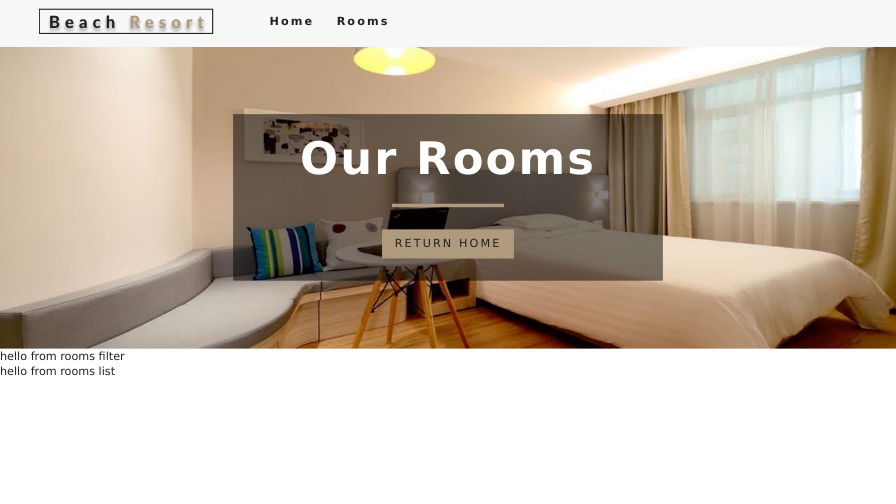
Repository: thanhn379/react-beach-resort
Page: /rooms
An editor plug-in stored every save of this project. The page is shown before and after the next save, followed by the edit.
The browser window is 1280 px wide. The pictures show the part of the page from y = 0 to 1920 px (the page is 720 px tall before and 10539 px after), at 70% of full size.
The project was rebuilt for these pictures with package versions that can differ from the ones it lists, and the page was loaded fresh each time. Also part of the build but not shown: src/components/Title.js, src/components/Services.js, src/components/FeaturedRooms.js, src/pages/Home.js, src/components/StyledHero.js, src/pages/SingleRoom.js, src/pages/Error.js.

Above is the page before, as saved 2019-11-18 11:31:24.

### public/index.html
<!DOCTYPE html>
<html lang="en">
  <head>
    <meta charset="utf-8" />
    <link rel="icon" href="%PUBLIC_URL%/favicon.ico" />
    <meta name="viewport" content="width=device-width, initial-scale=1" />
    <meta name="theme-color" content="#000000" />
    <meta
      name="description"
      content="Web site created using create-react-app"
    />
    <link rel="apple-touch-icon" href="logo192.png" />
    <!--
      manifest.json provides metadata used when your web app is installed on a
      user's mobile device or desktop. See https://developers.google.com/web/fundamentals/web-app-manifest/
    -->
    <link rel="manifest" href="%PUBLIC_URL%/manifest.json" />
    <!--
      Notice the use of %PUBLIC_URL% in the tags above.
      It will be replaced with the URL of the `public` folder during the build.
      Only files inside the `public` folder can be referenced from the HTML.

      Unlike "/favicon.ico" or "favicon.ico", "%PUBLIC_URL%/favicon.ico" will
      work correctly both with client-side routing and a non-root public URL.
      Learn how to configure a non-root public URL by running `npm run build`.
    -->
    <title>Resort recording</title>
  </head>
  <body>
    <noscript>You need to enable JavaScript to run this app.</noscript>
    <div id="root"></div>
    <!--
      This HTML file is a template.
      If you open it directly in the browser, you will see an empty page.

      You can add webfonts, meta tags, or analytics to this file.
      The build step will place the bundled scripts into the <body> tag.

      To begin the development, run `npm start` or `yarn start`.
      To create a production bundle, use `npm run build` or `yarn build`.
    -->
  </body>
</html>

### src/index.js
import React from "react";
import ReactDOM from "react-dom";
import { BrowserRouter as Router } from "react-router-dom";
// import './index.css';
import App from "./App";
import * as serviceWorker from "./serviceWorker";
import { RoomProvider } from "./context";

ReactDOM.render(
  <RoomProvider>
    <Router>
      <App />
    </Router>
  </RoomProvider>,
  document.getElementById("root")
);

// If you want your app to work offline and load faster, you can change
// unregister() to register() below. Note this comes with some pitfalls.
// Learn more about service workers: https://bit.ly/CRA-PWA
serviceWorker.unregister();

### src/App.js
import React from "react";
import "./App.css";

import NavBar from "./components/NavBar";

import Home from "./pages/Home";
import Rooms from "./pages/Rooms";
import SingleRoom from "./pages/SingleRoom";
import Error from "./pages/Error";

import { Route, Switch } from "react-router-dom";

function App() {
  return (
    <>
      <NavBar />
      <Switch>
        <Route exact path="/" component={Home} />
        <Route exact path="/rooms/" component={Rooms} />
        <Route exact path="/rooms/:slug/" component={SingleRoom} />
        <Route component={Error} />
      </Switch>
    </>
  );
}

export default App;

### src/context.js
import React, { Component } from "react";
import items from "./data";

const RoomContext = React.createContext();

class RoomProvider extends Component {
  state = { rooms: [], sortedRooms: [], featuredRooms: [], loading: true };

  //getData

  componentDidMount() {
    // this.getData
    let rooms = this.formatData(items);
    let featuredRooms = rooms.filter(room => room.featured === true);

    this.setState({ rooms, featuredRooms, sortedRooms: rooms, loading: false });
  }

  formatData(items) {
    let tempItems = items.map(item => {
      let id = item.sys.id;
      let images = item.fields.images.map(image => image.fields.file.url);

      let room = { ...item.fields, images, id };

      return room;
    });

    return tempItems;
  }

  getRoom = slug => {
    let tempRooms = [...this.state.rooms];
    const room = tempRooms.find(room => room.slug === slug);
    return room;
  };

  render() {
    return (
      <RoomContext.Provider value={{ ...this.state, getRoom: this.getRoom }}>
        {this.props.children}
      </RoomContext.Provider>
    );
  }
}

const RoomConsumer = RoomContext.Consumer;

export function withRoomConsumer(Component) {
  return function consumerWrapper(props) {
    return (
      <RoomConsumer>
        {value => <Component {...props} context={value} />}
      </RoomConsumer>
    );
  };
}

export { RoomProvider, RoomConsumer, RoomContext };

### src/components/NavBar.js
import React, { Component } from "react";
import Logo from "../images/logo.svg";
import { FaAlignRight } from "react-icons/fa";
import { Link } from "react-router-dom";

export default class NavBar extends Component {
  state = {
    isOpen: false
  };
  handleToggle = () => {
    this.setState({ isOpen: !this.state.isOpen });
  };
  render() {
    return (
      <nav className="navbar">
        <div className="nav-center">
          <div className="nav-header">
            <Link to="/">
              <img src={Logo} alt="Beach Resort" />
            </Link>
            <button
              type="button"
              className="nav-btn"
              onClick={this.handleToggle}
            >
              <FaAlignRight className="nav-icon" />
            </button>
          </div>
          <ul
            className={this.state.isOpen ? "nav-links show-nav" : "nav-links"}
          >
            <li>
              <Link to="/">Home</Link>
            </li>
            <li>
              <Link to="/rooms">Rooms</Link>
            </li>
          </ul>
        </div>
      </nav>
    );
  }
}

### src/pages/Rooms.js
import React from "react";
import Hero from "../components/Hero";
import Banner from "../components/Banner";
import { Link } from "react-router-dom";
import RoomContainer from "../components/RoomContainer";

const Rooms = () => {
  return (
    <>
      <Hero hero="roomsHero">
        <Banner title="our rooms">
          <Link to="/" className="btn-primary">
            return home
          </Link>
        </Banner>
      </Hero>

      <RoomContainer />
    </>
  );
};

export default Rooms;

### src/components/RoomContainer.js
import React from "react";
import RoomFilter from "./RoomFilter";
import RoomList from "./RoomList";
import { withRoomConsumer } from "../context";
import Loading from "./Loading";

function RoomContainer({ context }) {
  const { loading, sortedRooms, rooms } = context;
  if (loading) {
    return <Loading />;
  }

  return (
    <>
      <RoomFilter rooms={rooms} />
      <RoomList rooms={sortedRooms} />
    </>
  );
}

export default withRoomConsumer(RoomContainer);

// import React from "react";
// import RoomFilter from "./RoomFilter";
// import RoomList from "./RoomList";
// import { RoomConsumer } from "../context";
// import Loading from "./Loading";

// export default function RoomContainer() {
//   return (
//     <RoomConsumer>
//       {value => {
//         const { loading, sortedRooms, rooms } = value;
//         if (loading) {
//           return <Loading />;
//         }

//         return (
//           <div>
//             hello from rooms container
//             <RoomFilter rooms={rooms} />
//             <RoomList rooms={sortedRooms} />
//           </div>
//         );
//       }}
//     </RoomConsumer>
//   );
// }

### src/components/Loading.js
import React from "react";
import loadingGif from "../images/gif/loading-arrow.gif";

export default function Loading() {
  return (
    <div className="loading">
      <h4>rooms data loading ...</h4>
      <img src={loadingGif} alt="" />
    </div>
  );
}

### src/components/RoomFilter.js
import React from 'react'

export default function RoomsFilter() {
  return (
    <div>
      hello from rooms filter
    </div>
  )
}

### src/components/RoomList.js
import React from 'react'

export default function RoomsList() {
  return (
    <div>
      hello from rooms list
    </div>
  )
}

### src/components/Room.js
import React from "react";
import { Link } from "react-router-dom";
import defaultImg from "../images/room-1.jpeg";
import PropTypes from "prop-types";

export default function Room({ room }) {
  let { name, slug, images, price } = room;

  return (
    <article className="room">
      <div className="img-container">
        <img src={images[0] || defaultImg} alt="single room" />
        <div className="price-top">
          <h6>${price}</h6>
          <p>per night</p>
        </div>
        <Link to={`/rooms/${slug}`} className="btn-primary room-link">
          Features
        </Link>
      </div>
      <p className="room-info">{name}</p>
    </article>
  );
}

Room.propTypes = {
  room: PropTypes.shape({
    name: PropTypes.string.isRequired,
    slug: PropTypes.string.isRequired,
    images: PropTypes.arrayOf(PropTypes.string).isRequired,
    price: PropTypes.number.isRequired
  })
};

Loaded but not shown: src/serviceWorker.js (common file); src/App.css (common file); src/components/Hero.js (common file); src/components/Banner.js (common file); src/data.js (760 lines, source omitted)

After the next save:
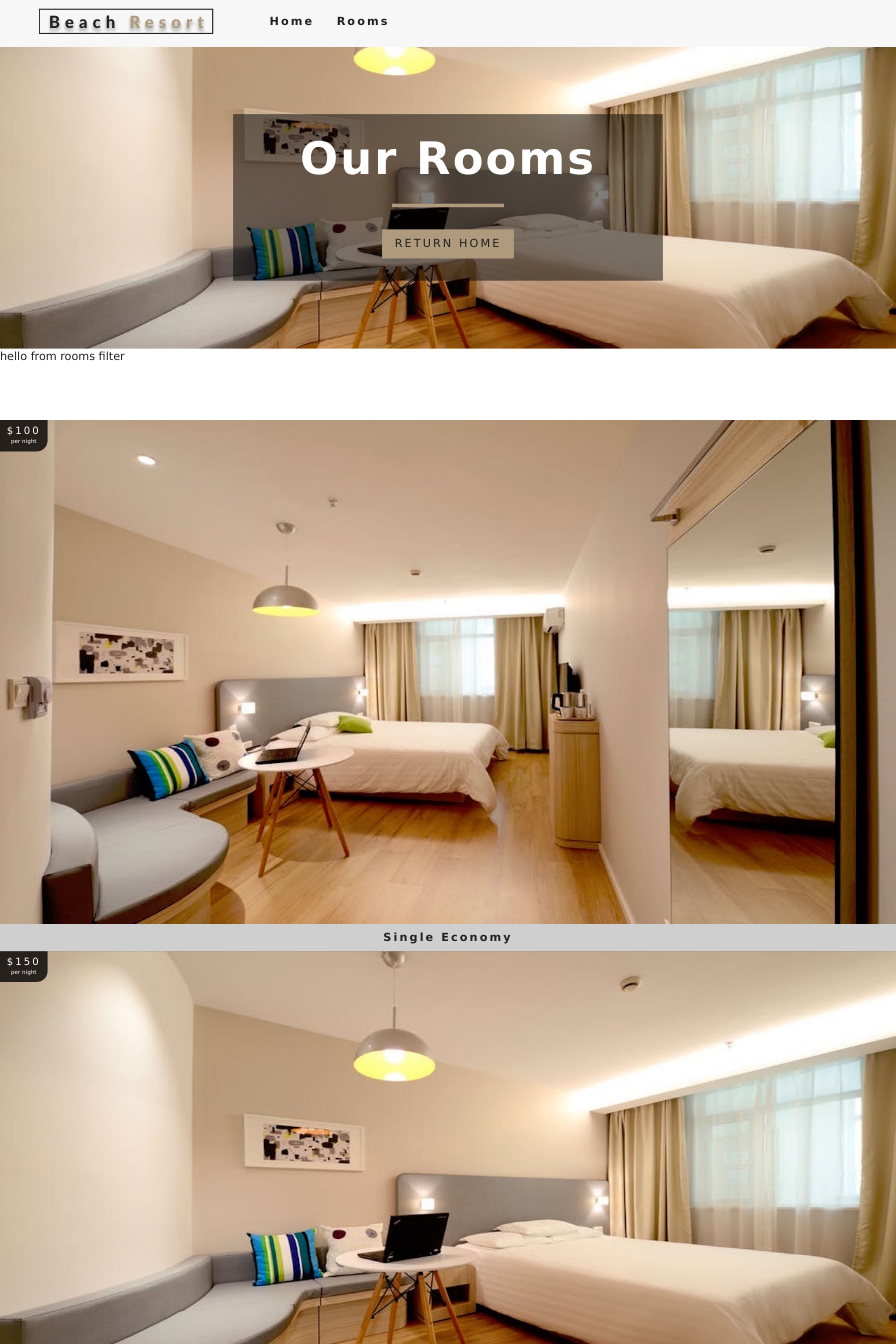
Saved 44 min 12 s later.
--- a/src/components/RoomList.js
+++ b/src/components/RoomList.js
@@ -1,9 +1,21 @@
-import React from 'react'
+import React from "react";
+import Room from "./Room";
 
-export default function RoomsList() {
+export default function RoomsList({ rooms }) {
+  if (rooms.length === 0) {
+    return (
+      <div className="empty-search">
+        <h3>unfortunately no rooms matched search parameters</h3>
+      </div>
+    );
+  }
   return (
-    <div>
-      hello from rooms list
-    </div>
-  )
+    <section className="roomslist">
+      <div className="roomlisr">
+        {rooms.map(item => {
+          return <Room key={item.id} room={item} />;
+        })}
+      </div>
+    </section>
+  );
 }
